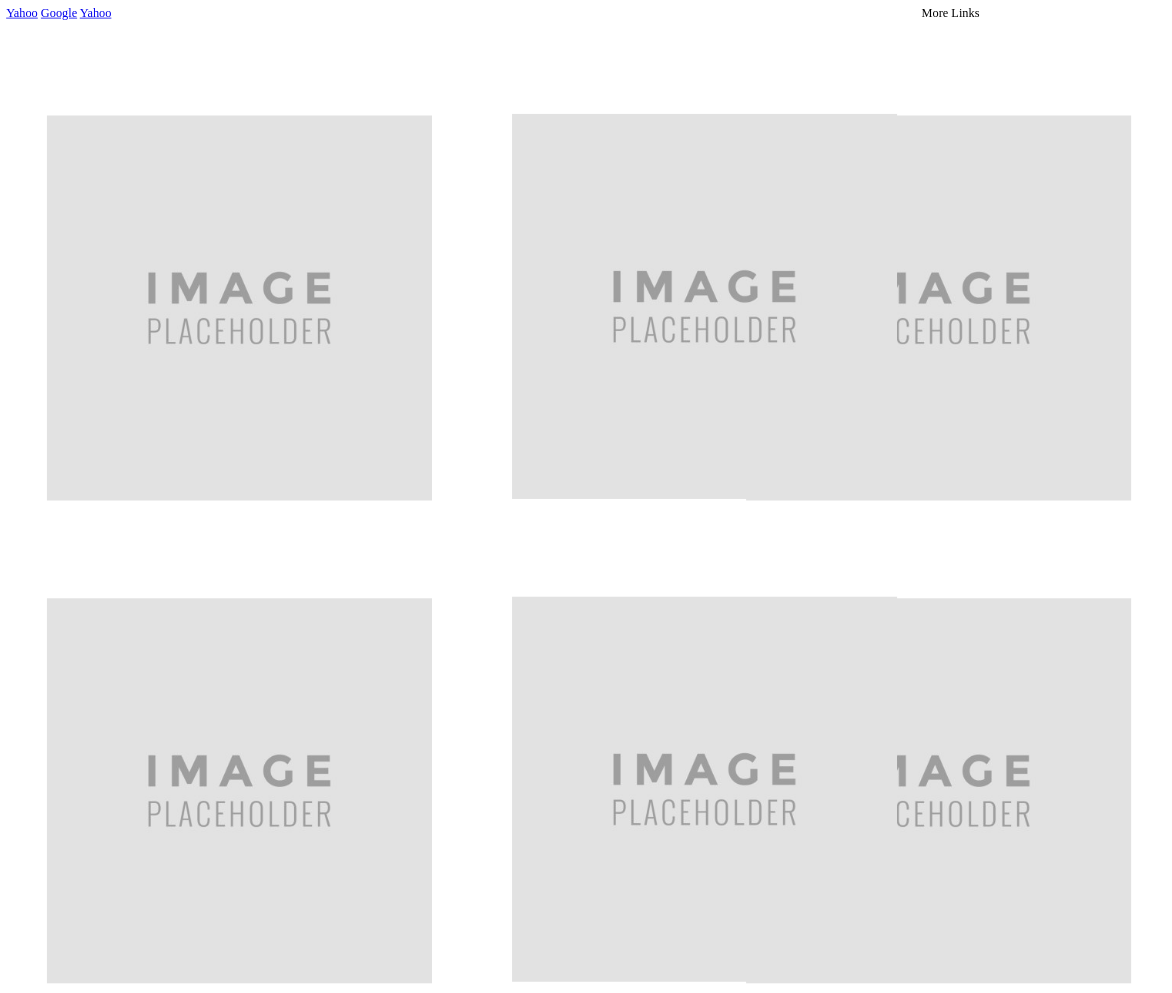
Repository: br4y/br4y.github.io
Page: index.html
The author's editor kept a record of every edit. The page is drawn from the files as they stood at one moment, then again after the next edit.
The browser window is 1280 px wide. The page is 1522 px wide, so the pictures cover 1522 px, including what lies to the right of the window. The pictures show the whole page, at 77% of full size.

Above is the page before.

### index.html
<!DOCTYPE html>
<link href="StyleSheet.css" rel="stylesheet" type="text/css">
<html>
    <head>
        <!--<h1 class="title"><img src="https://www.nationalgeographic.com/content/dam/animals/thumbs/rights-exempt/mammals/d/domestic-dog_thumb.jpg" class="dog"></img>-->
        <!--    Bradyn's Homepage-->
        <!--    <div class="navbuttons">-->
        <!--    <a>Home</a>-->
        <!--    <a>About Me</a>-->
        <!--    </div>-->
        <!--        <div class="dropdown">-->
        <!--            <button class="dropbtn">Projects</button>-->
        <!--             <div class="dropdown-content">-->
        <!--                <a href="#">Project</a>-->
        <!--                <a href="#">Project</a>-->
        <!--                <a href="#">Project</a>-->
        <!--                <a href="#">Project</a>-->
        <!--            </div>-->
        <!--        </div>-->
        <!--</h1>-->

        <div class="navbar">
          <a href="https://www.yahoo.com">Yahoo</a>
          <a href="https://www.google.com">Google</a>
          <a href="https://www.yahoo.com">Yahoo</a>
      <div class="dropdown">
        <div class="morelinks">More Links</div>
        <div class="dropdown-content">
          <a href="https://www.awseducate.com">AWS Educate</a>
          <a href="https://www.collegeboard.org">College Board</a>
        </div>
      </div>

    </div>

    </head>

    <body>
        <table>
            <tr class="spacerow">
                <td>a</td>
                <td>a</td>
                <td>a</td>
            </tr>
            <tr class="row1">
                <td><img class="column1" src="images/placeholder.jpg"></img></td>
                <td><img class="column2" src="images/placeholder.jpg"></img></td>
                <td><img class="column3" src="images/placeholder.jpg"></img></td>
            <tr class="spacerow">
                <td>a</td>
                <td>a</td>
                <td>a</td>
            </tr>
            </tr>
            <tr class="row3">
                <td><img class="column1" src="images/placeholder.jpg"></img></td>
                <td><img class="column2" src="images/placeholder.jpg"></img></td>
                <td><img class="column3" src="images/placeholder.jpg"></img></td>
            </tr>
        </table>
    </body>

</html>

### StyleSheet.css
    .title {
        padding:20px;
        text-align:left;
        font-family: "Arial Black", Gadget, sans-serif;
        width:100%;
        background-color:#458cff;
        color:white;
        line-height:30px;
    }

    .dropdown {
        float:right;
        display:inline-block;
    }

    .dropdown-content {
        display:none;
        position:absolute;
        z-index:1;
        width:75%;
    }

    .dropdown-content a {
        color:white;
        display:block;
        background-color: #458cff;
        padding:12px 16px;
        font-size:50%;
        z-index:;
        font-family:"Arial Black", Gadget, sans-serif;
        text-decoration:none;
    }


    .drplink {
        display:block;
        position:absolute;
        z-index:;
        background-color:white;
        font-family:"Arial Black", Gadget, sans-serif;
    }

    .dropbtn {
        margin-right:10px;
        padding-right:20px;
        border-color:#458cff;
        border-right:1px #458cff solid;
        border-bottom:1px #458cff solid;
        background-color:#458cff;
        color:white;
        font-size:75%;
        font-family:"Arial Black", Gadget, sans-serif;
    }

    .dog {
        width:40px;
        height:40px;
        border-radius:50%;
        padding:5px;
        display:inline;
        vertical-align:middle;
    }

    .portrait {
        height:relative;
        width:50%;
        float:left;
    }

    .about-text {
        text-align:left;
        font-family:"Arial Black", Gadget, sans-serif;
        width:45%;
        height:relative;
        display:inline-block;
        margin-left:15px;
    }

    /*.dropdown:hover .dropdown-content {display: block;}*/
    /*.dropdown-content a:hover {background-color:#2376fc;}*/
    /*.dropdown:hover .dropbtn {background-color: #2376fc;}*/

    table {
        width:100%;
    }

    .column1{
        height:40%;
        float:left;
        padding-left:10%
    }

    .column2 {
        height:40%;
        margin-left:30%;
    }

    .column3 {
        height:40%;
        float: right;
        padding-right:10%;
    }

    .spacerow {
        height:100%;
        padding-top:50px;
        color:white;
        font-size:100px;
    }

    .navbuttons {
        margin-right:10px;
        padding-right:20px;
        background-color:#458cff;
        display:inline-block;
        text-align: right;
        color:white;
        font-size:75%;
        font-family:"Arial Black", Gadget, sans-serif;
    }

After the next edit:
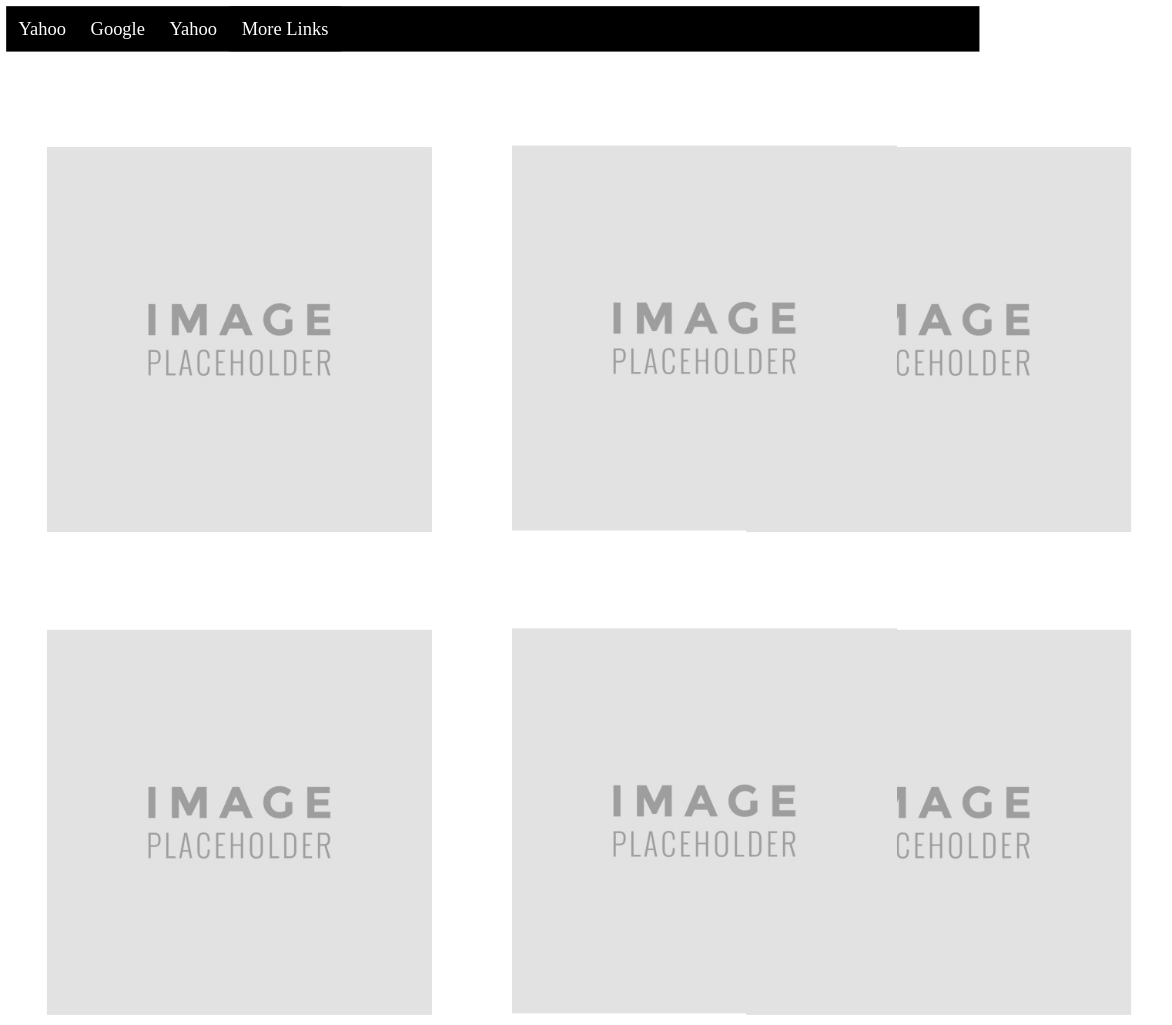
The edit:
--- a/StyleSheet.css
+++ b/StyleSheet.css
@@ -1,56 +1,104 @@
-    .title {
-        padding:20px;
-        text-align:left;
-        font-family: "Arial Black", Gadget, sans-serif;
-        width:100%;
-        background-color:#458cff;
-        color:white;
-        line-height:30px;
-    }
+    /*.title {*/
+    /*    padding:20px;*/
+    /*    text-align:left;*/
+    /*    font-family: "Arial Black", Gadget, sans-serif;*/
+    /*    width:100%;*/
+    /*    background-color:#458cff;*/
+    /*    color:white;*/
+    /*    line-height:30px;*/
+    /*}*/
 
-    .dropdown {
-        float:right;
-        display:inline-block;
-    }
+    /*.dropdown {*/
+    /*    float:right;*/
+    /*    display:inline-block;*/
+    /*}*/
 
-    .dropdown-content {
-        display:none;
-        position:absolute;
-        z-index:1;
-        width:75%;
-    }
+    /*.dropdown-content {*/
+    /*    display:none;*/
+    /*    position:absolute;*/
+    /*    z-index:1;*/
+    /*    width:75%;*/
+    /*}*/
 
-    .dropdown-content a {
-        color:white;
-        display:block;
-        background-color: #458cff;
-        padding:12px 16px;
-        font-size:50%;
-        z-index:;
-        font-family:"Arial Black", Gadget, sans-serif;
-        text-decoration:none;
-    }
+    /*.dropdown-content a {*/
+    /*    color:white;*/
+    /*    display:block;*/
+    /*    background-color: #458cff;*/
+    /*    padding:12px 16px;*/
+    /*    font-size:50%;*/
+    /*    z-index:;*/
+    /*    font-family:"Arial Black", Gadget, sans-serif;*/
+    /*    text-decoration:none;*/
+    /*}*/
 
 
-    .drplink {
+    /*.drplink {*/
+    /*    display:block;*/
+    /*    position:absolute;*/
+    /*    z-index:;*/
+    /*    background-color:white;*/
+    /*    font-family:"Arial Black", Gadget, sans-serif;*/
+    /*}*/
+
+    /*.dropbtn {*/
+    /*    margin-right:10px;*/
+    /*    padding-right:20px;*/
+    /*    border-color:#458cff;*/
+    /*    border-right:1px #458cff solid;*/
+    /*    border-bottom:1px #458cff solid;*/
+    /*    background-color:#458cff;*/
+    /*    color:white;*/
+    /*    font-size:75%;*/
+    /*    font-family:"Arial Black", Gadget, sans-serif;*/
+    /*}*/
+       .navbar{
+        background-color: black;
+        overflow: hidden;
+      }
+
+      .navbar a {
+        color: white;
+        font-size: 24px;
+        text-decoration: none;
+        padding:16px;
+        float:left;
+      }
+
+      .morelinks{
+        color: white;
+        font-size: 24px;
+        text-decoration: none;
+        padding:16px;
+      }
+
+      .navbar a:hover, .morelinks:hover{
+        background-color: pink;
+      }
+
+      .dropdown:hover .dropdown-content{
         display:block;
-        position:absolute;
-        z-index:;
-        background-color:white;
-        font-family:"Arial Black", Gadget, sans-serif;
-    }
+      }
 
-    .dropbtn {
-        margin-right:10px;
-        padding-right:20px;
-        border-color:#458cff;
-        border-right:1px #458cff solid;
-        border-bottom:1px #458cff solid;
-        background-color:#458cff;
-        color:white;
-        font-size:75%;
-        font-family:"Arial Black", Gadget, sans-serif;
-    }
+      .dropdown-content{
+        position: absolute;
+        z-index:  1;
+        display:none;
+        background-color: black;
+      }
+
+      .dropdown{
+        background-color: black;
+        color: white;
+        float: left;
+        text-decoration: none;
+        font-size: 24px;
+
+      }
+
+      .dropdown-content a{
+        float: none;
+        display:block;
+      }
 
     .dog {
         width:40px;
